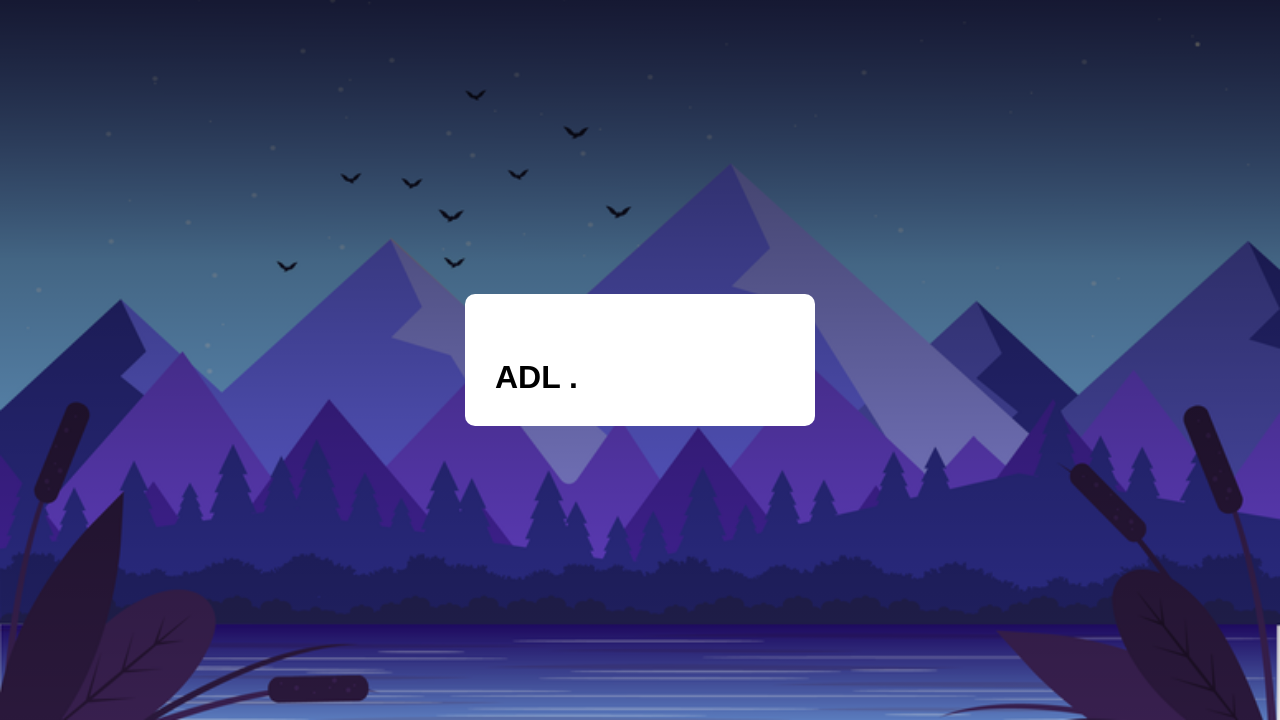
Repository: andrewhuynh561/weather-app-1
Page: index.html
The author's editor kept a copy of each file at every save. The page is drawn from the files as they stood at one save, then again after the next save.
The browser window is 1280 px wide. The pictures show the whole page.

Above is the page before, as saved 2022-12-08 20:47:43.

After the next save:
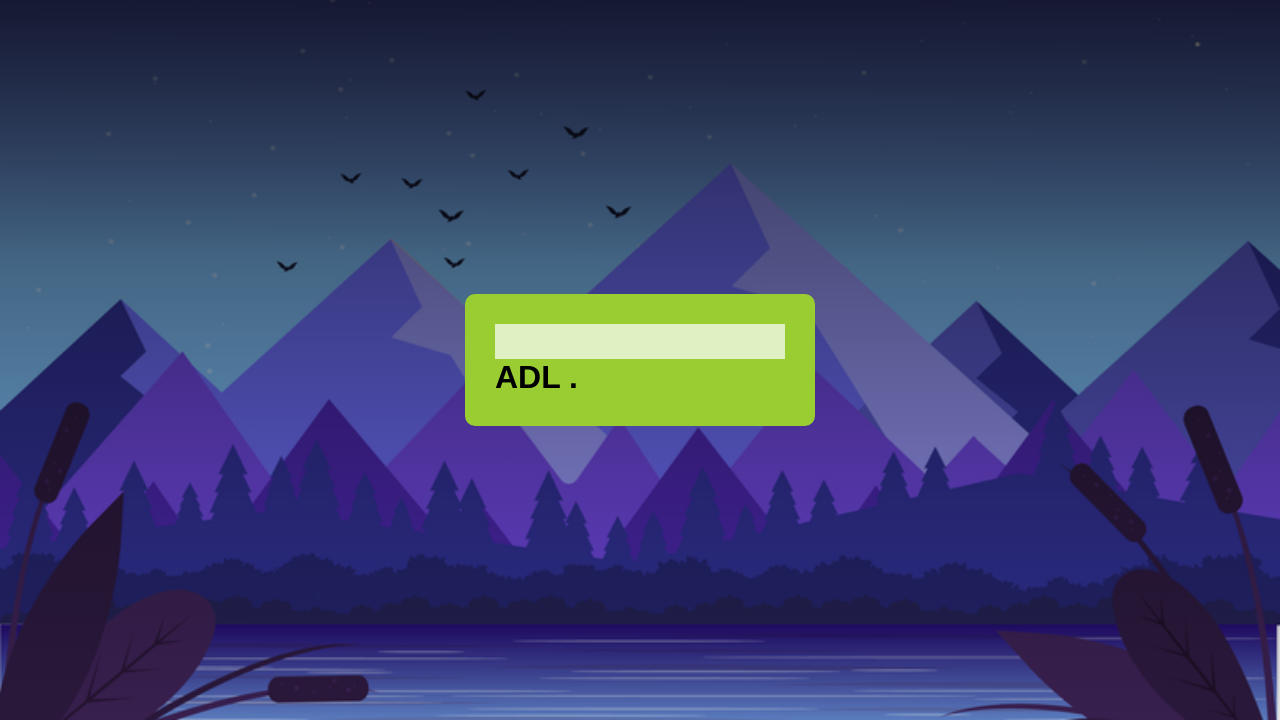
Saved 15 s later.
--- a/style.css
+++ b/style.css
@@ -16,7 +16,7 @@ body{
     width: 350px;
     border-radius:10px ;
     padding: 30px 30px;
-    background: white;
+    background: yellowgreen;
 }
 
 .search{
